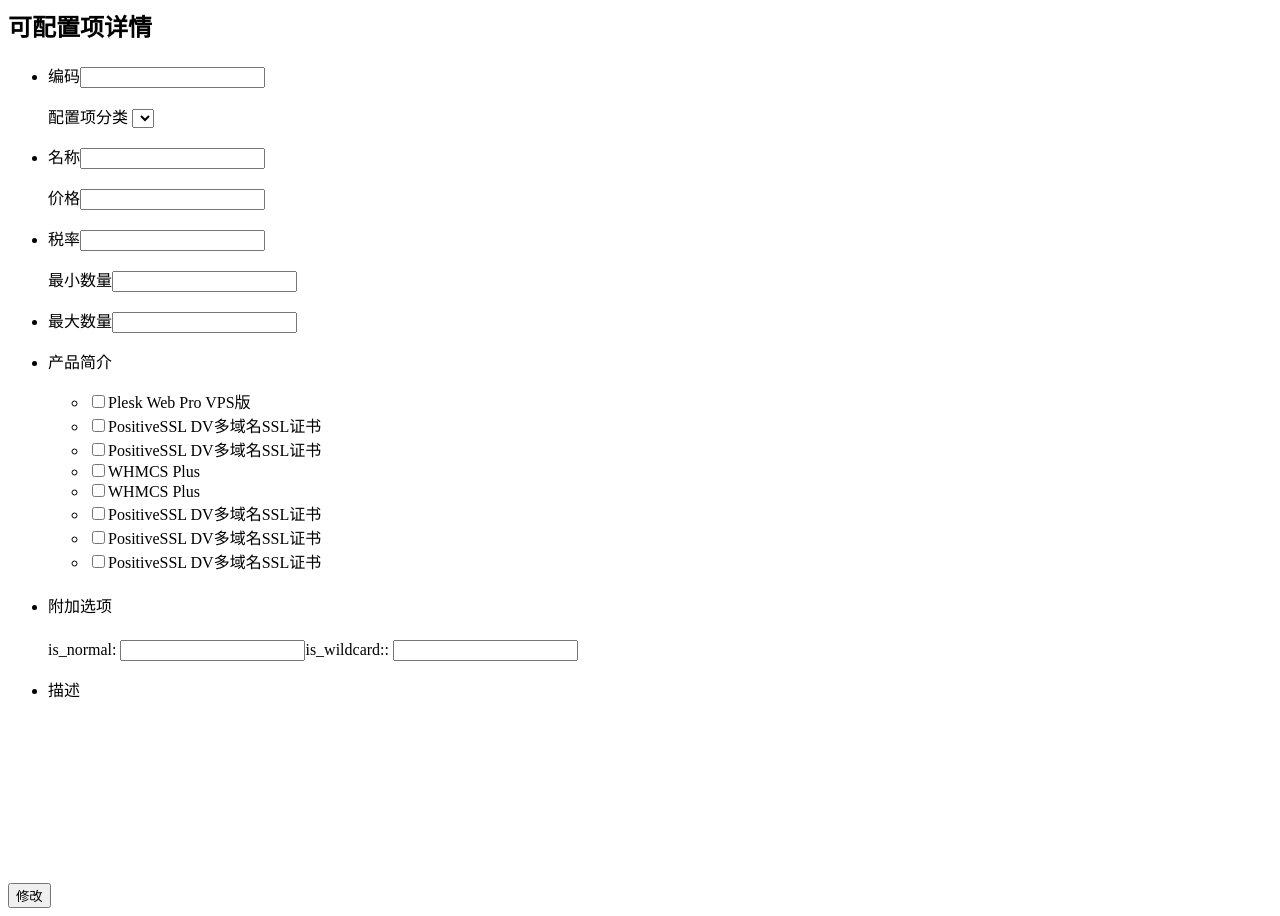
Repository: wangyan466393/racentSystem
Page: configurableDetail.html
An editor plug-in stored every save of this project. The page is shown before and after the next save, followed by the edit.
The browser window is 1280 px wide. The pictures show the whole page.

Above is the page before, as saved 2020-08-12 16:31:45.

After the next save:
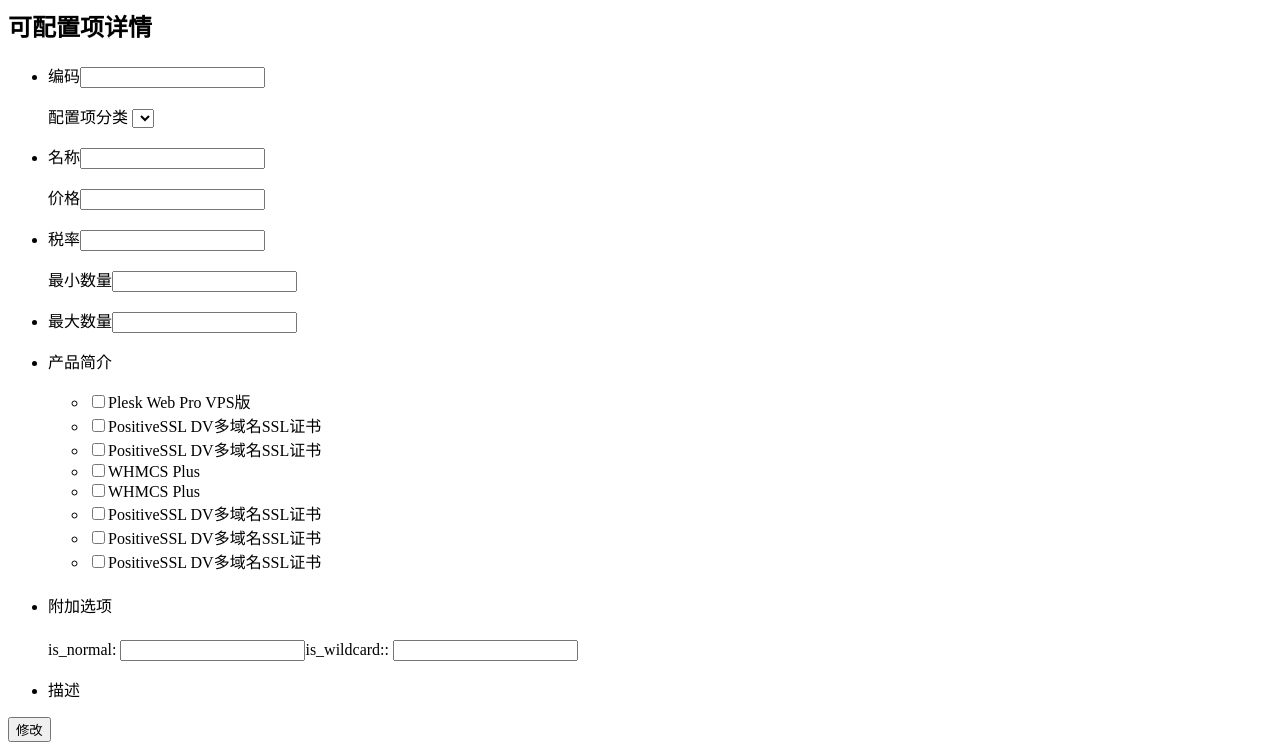
Saved 17 s later.
--- a/configurableDetail.html
+++ b/configurableDetail.html
@@ -89,7 +89,7 @@
             </li>
             <li>
                <p> <span>描述</span></p>
-                <div class="e_content description" style="width: 100%;min-height: 150px;">
+                <div class="e_content description">
                     <p>
 
                     </p>
